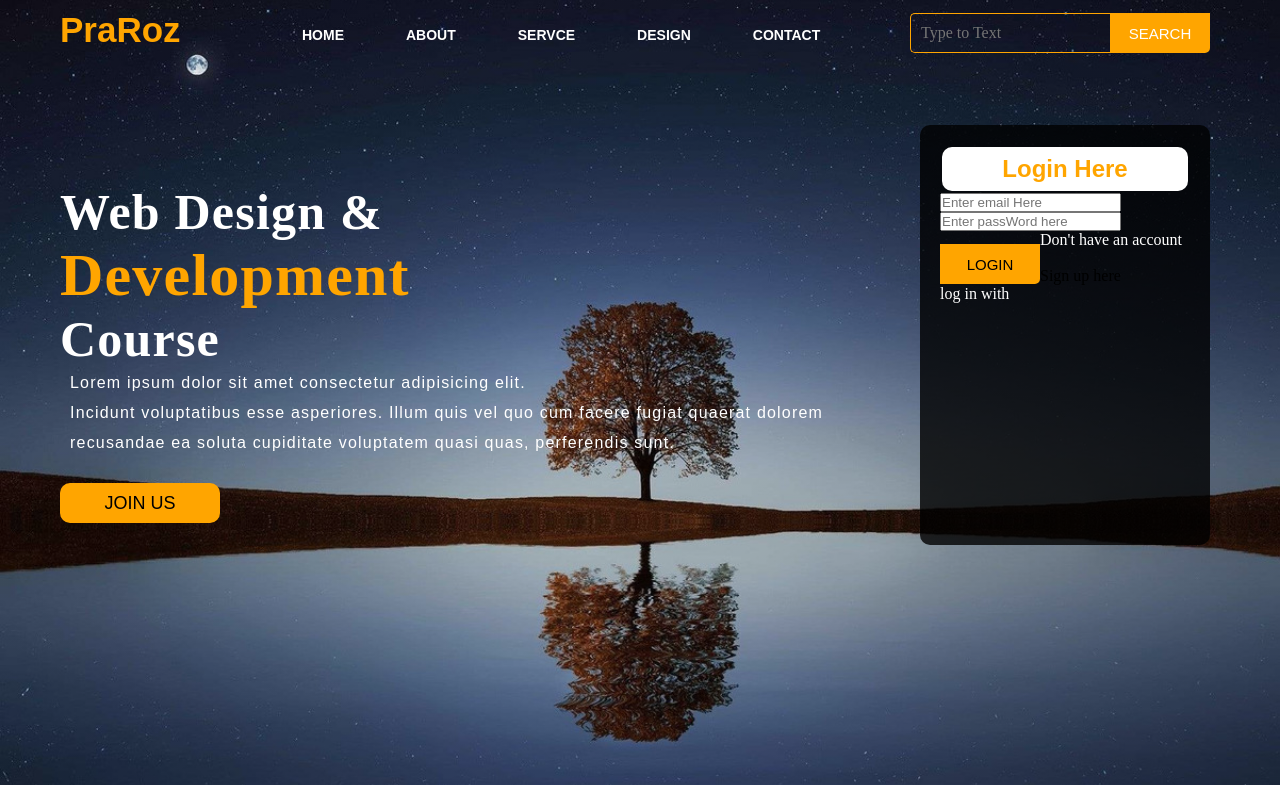
Repository: HuynhDuc23/project3
Page: index.html
These files come from the project's save history. The page is drawn as it stood at one moment and after the next save; the edit follows.
The browser window is 1280 px wide. The pictures show the whole page.

Above is the page before, as saved 2023-05-04 15:47:02.

After the next save:
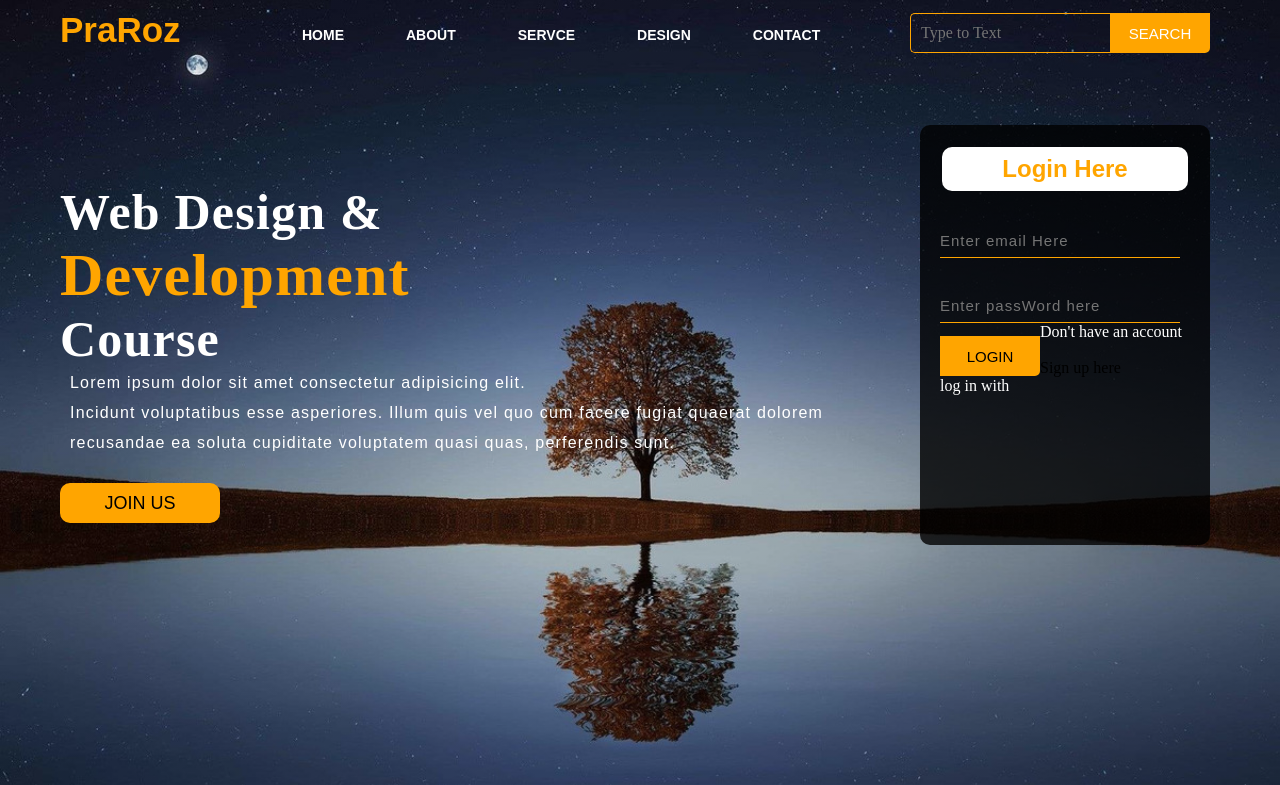
Saved 4 min 19 s later.
--- a/style.css
+++ b/style.css
@@ -172,3 +172,17 @@ ul li a:hover {
     margin: 2px;
 
 }
+.form input {
+    width: 240px;
+    height: 35px;
+    background: transparent;
+    border-bottom: 1px solid orange;
+    border-right: none;
+    border-top: none;
+    border-left: none;
+    color: white;
+    font-size: 15px;
+    letter-spacing: 1px;
+    margin-top: 30px;
+    font-family: sans-serif;
+}
